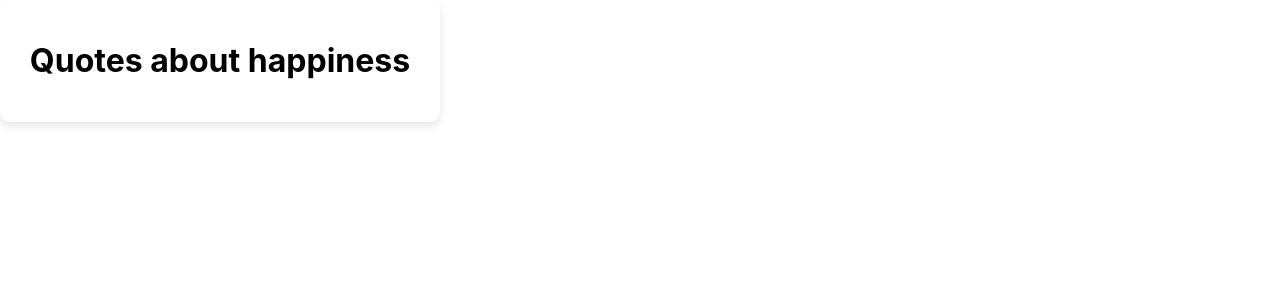
Repository: Bhavik-Sanghar/Quote-app
Page: /
The author's editor kept a copy of each file at every save. The page is drawn from the files as they stood at one save, then again after the next save.
The browser window is 1280 px wide. The pictures show the whole page.
The page's requests for data from a server got no answer. The project was rebuilt for these pictures with package versions that can differ from the ones it lists, and the page was loaded fresh each time. No one was signed in, and anything a server would have sent is missing. Imported but missing from the stored project, and not drawn on this page: src/components/QuoteDisplay.

Above is the page before, as saved 2023-08-18 10:40:57.

After the next save:
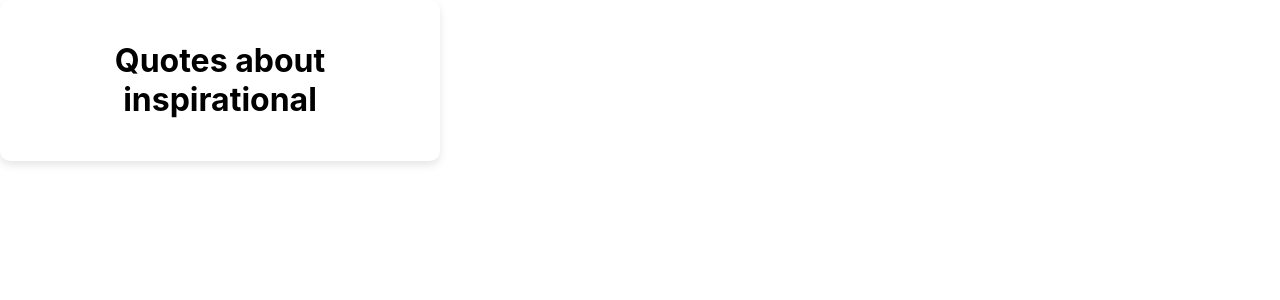
Saved 29 s later.
--- a/src/components/NewQuote.js
+++ b/src/components/NewQuote.js
@@ -3,7 +3,7 @@ import axios from "axios";
 
 const QuoteComponent = () => {
   const [quotes, setQuotes] = useState([]);
-  const category = "happiness";
+  const category = "inspirational";
   const apiKey = "EgtS4gqLsbjvHM2bBjKwBA==PYmsGLFQFXQzq0Na";
 
   useEffect(() => {
